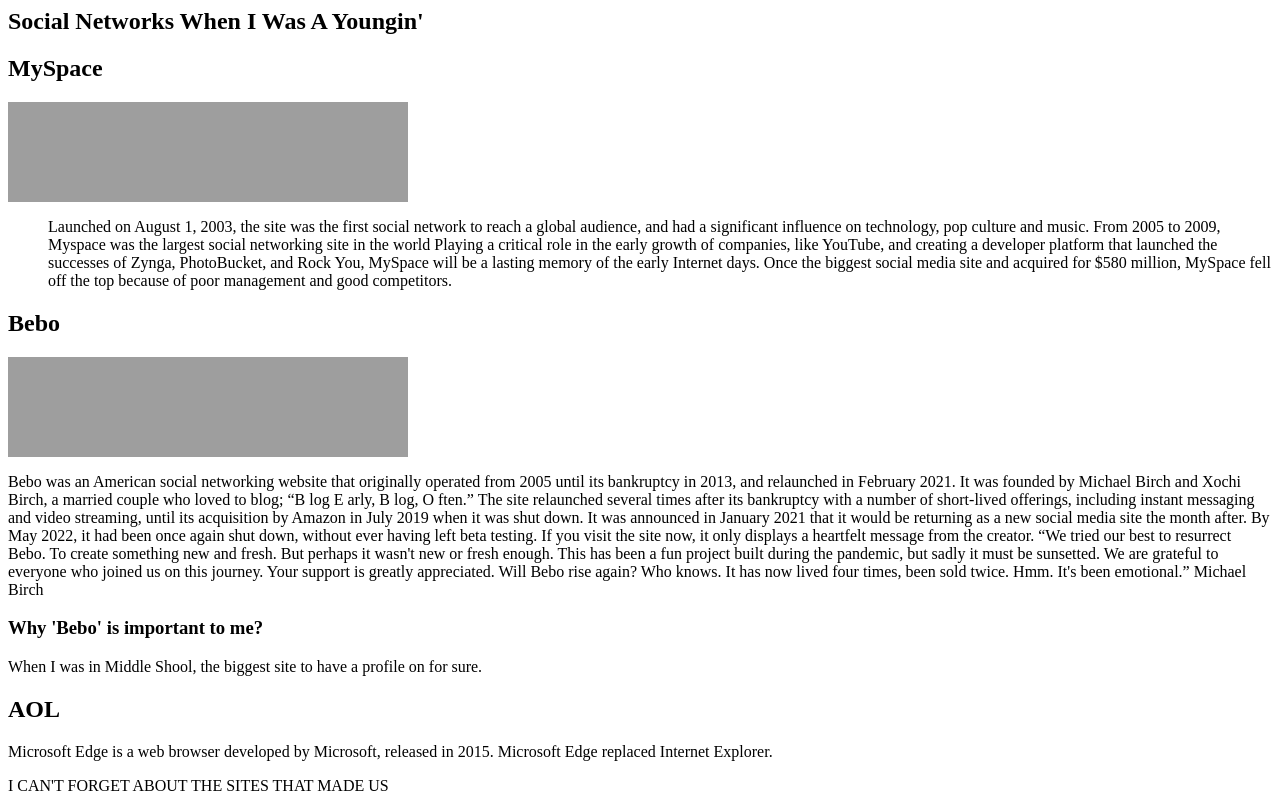
Repository: AndrewGrantt/LC101
Page: LC101/js-assignment-4-html-me-something-buffylow/index.html
An editor plug-in stored every save of this project. The page is shown before and after the next save, followed by the edit.
The browser window is 1280 px wide. The pictures show the whole page.
Pictures or frames that could not be fetched are drawn as grey boxes.

Above is the page before, as saved 2022-07-15 04:47:43.

### LC101/js-assignment-4-html-me-something-buffylow/index.html
<html>
<head>
<title>SOCIAL NETWORKS FOR THE AGES</title>
</head>
<body>

<article class="all-sites">
  <h1>Social Networks When I Was A Youngin'</h1>
  <article class="sites">

    <h2>MySpace</h2>
    <img src="/images/MySpace_logo.jpg" alt="MySpace Logo 2004-2010" width="400" height="100">
    <p>
     <ul> Launched on August 1, 2003, the site was the first social network to reach a global audience, and had a significant influence on technology, pop culture and music.

      From 2005 to 2009, Myspace was the largest social networking site in the world

      Playing a critical role in the early growth of companies, like YouTube, and creating a developer platform that launched the successes of Zynga, PhotoBucket, and Rock You, MySpace will be a lasting memory of the early Internet days.

      Once the biggest social media site and acquired for $580 million, MySpace fell off the top because of poor management and good competitors.
     </ul>
   </p>

  </article>

  <article class="sites">
    <h2>Bebo</h2>
    <img src="/images/bebo.jpg" alt="Bebo Logo" width="400" height="100">
    <p>
     Bebo was an American social networking website that originally operated from 2005 until its bankruptcy in 2013, and relaunched in February 2021. It was founded by Michael Birch and Xochi Birch, a married couple who loved to blog;
      “B log E arly, B log, O ften.”
      The site relaunched several times after its bankruptcy with a number of short-lived offerings, including instant messaging and video streaming, until its acquisition by Amazon in July 2019 when it was shut down. It was announced in January 2021 that it would be returning as a new social media site the month after. By May 2022, it had been once again shut down, without ever having left beta testing. If you visit the site now, it only displays a heartfelt message from the creator.


      “We tried our best to resurrect Bebo.
      To create something new and fresh.
      But perhaps it wasn't new or fresh enough.
      This has been a fun project built during the pandemic, but sadly it must be sunsetted. We are grateful to everyone who joined us on this journey. Your support is greatly appreciated.
      Will Bebo rise again?
      Who knows. It has now lived four times, been sold twice. Hmm.
      It's been emotional.”

      Michael Birch
      </p>
      <h3> Why 'Bebo' is important to me?</h3>
      <p>
         When I was in Middle Shool, the biggest site to have a profile on for sure.
      </p>
  </article>
  <article class="sites">
    <h2>AOL</h2>
    <p>Microsoft Edge is a web browser developed by Microsoft, released in 2015. Microsoft Edge replaced Internet Explorer.</p>
  </article>
</article>
<footer>
   I CAN'T FORGET ABOUT THE SITES THAT MADE US
</footer>
</body>
</html>

After the next save:
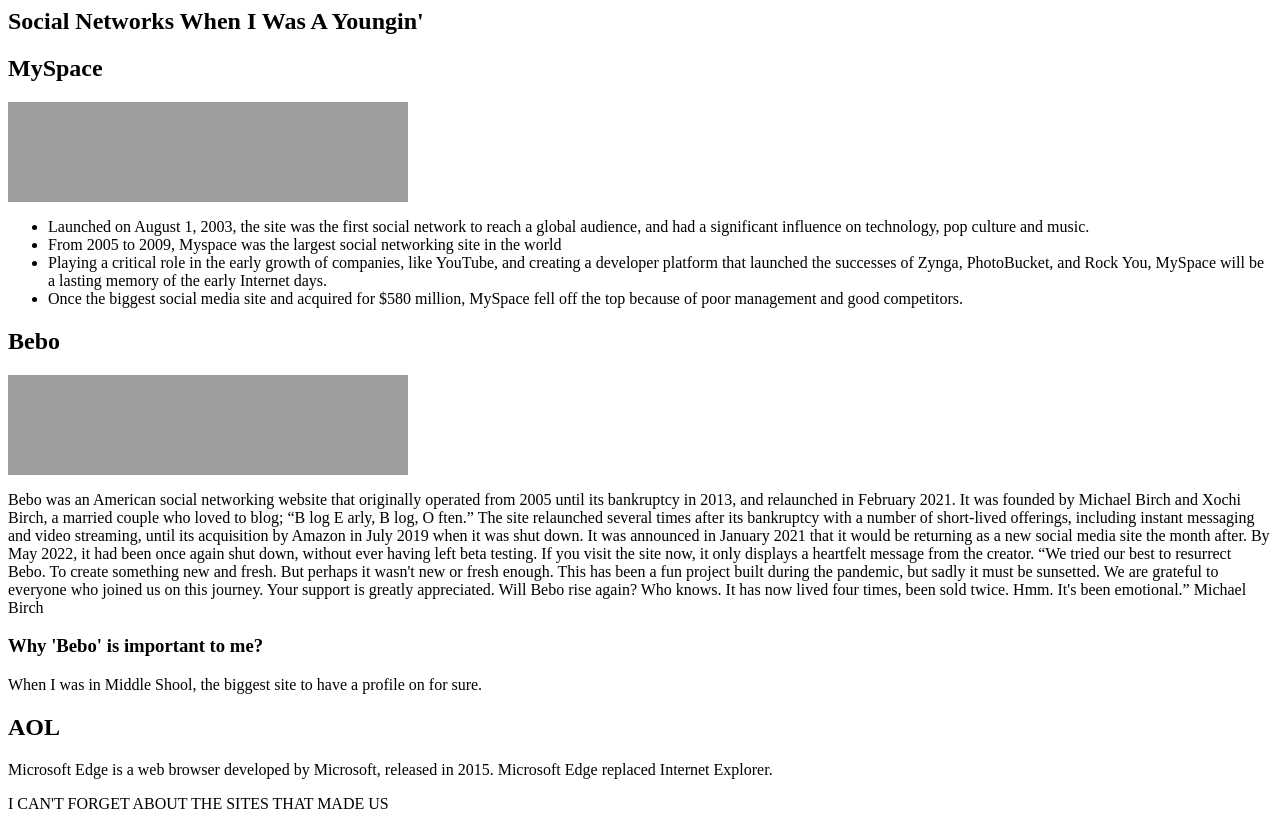
Saved 2 min 43 s later.
--- a/LC101/js-assignment-4-html-me-something-buffylow/index.html
+++ b/LC101/js-assignment-4-html-me-something-buffylow/index.html
@@ -11,13 +11,14 @@
     <h2>MySpace</h2>
     <img src="/images/MySpace_logo.jpg" alt="MySpace Logo 2004-2010" width="400" height="100">
     <p>
-     <ul> Launched on August 1, 2003, the site was the first social network to reach a global audience, and had a significant influence on technology, pop culture and music.
+     <ul>
+      <li>Launched on August 1, 2003, the site was the first social network to reach a global audience, and had a significant influence on technology, pop culture and music.</li>
 
-      From 2005 to 2009, Myspace was the largest social networking site in the world
+      <li>From 2005 to 2009, Myspace was the largest social networking site in the world</li>
 
-      Playing a critical role in the early growth of companies, like YouTube, and creating a developer platform that launched the successes of Zynga, PhotoBucket, and Rock You, MySpace will be a lasting memory of the early Internet days.
+      <li>Playing a critical role in the early growth of companies, like YouTube, and creating a developer platform that launched the successes of Zynga, PhotoBucket, and Rock You, MySpace will be a lasting memory of the early Internet days. </li>
 
-      Once the biggest social media site and acquired for $580 million, MySpace fell off the top because of poor management and good competitors.
+      <li> Once the biggest social media site and acquired for $580 million, MySpace fell off the top because of poor management and good competitors. </li>
      </ul>
    </p>
 
